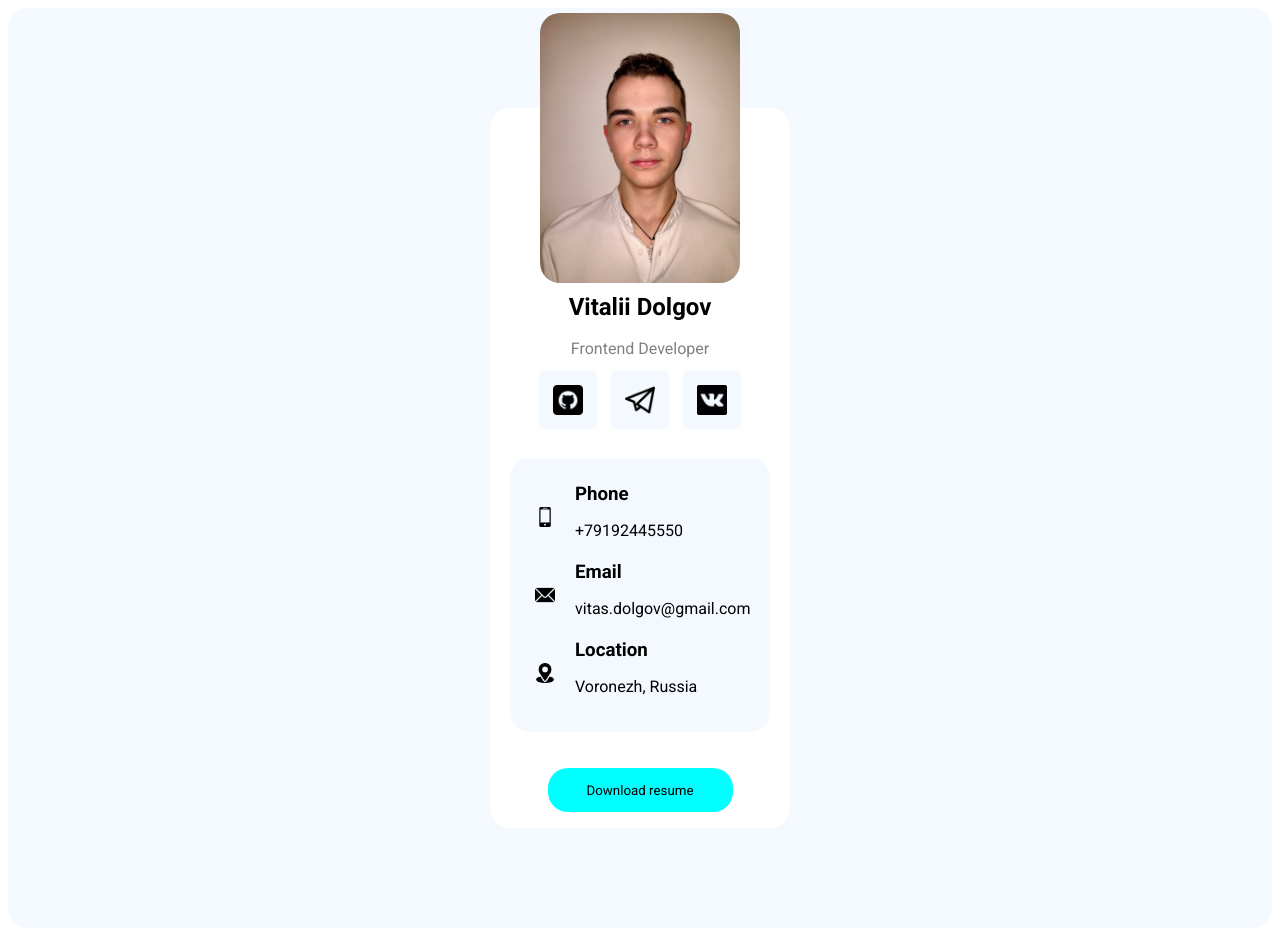
Repository: VitasYo/User_card
Page: src/index.html
These files come from the project's save history. The page is drawn as it stood at one moment and after the next save; the edit follows.
The browser window is 1280 px wide. The pictures show the whole page.

Above is the page before, as saved 2024-04-09 23:54:17.

### src/index.html
<!DOCTYPE html>
<html lang="ru">
  <head>
    <meta charset="UTF-8" />
    <meta name="viewport" content="width=device-width, initial-scale=1.0" />
    <title>First html</title>
    <link rel="stylesheet" href="../assets/css/index.css" />
    <script src="script.js"></script>
  </head>
  <body>
    <section class="container">
      <div class="container_card">
        <img class="avatar" src="../assets/img/Фото.jpg" alt="" />
        <div class="user-info">
          <h1>Vitalii Dolgov</h1>
          <div class="position">Frontend Developer</div>
        </div>
        <div>
          <a href="#"
            ><img class="icon" src="../assets/img/github.png" alt="github"
          /></a>
          <a href="#"
            ><img class="icon" src="../assets/img/telegram.png" alt="telegram"
          /></a>
          <a href="#"
            ><img class="icon" src="../assets/img/vk.png" alt="vk"
          /></a>
        </div>
        <div class="items_card">
          <div class="items_string">
            <img class="card_icon" src="../assets/img/phone.png" />
            <div class="card_info">
              <div><h3>Phone</h3></div>
              <div><p>+79192445550</p></div>
            </div>
          </div>
          <div class="items_string">
            <img class="card_icon" src="../assets/img/email.png" />
            <div class="card_info">
              <div><h3>Email</h3></div>
              <div><p>vitas.dolgov@gmail.com</p></div>
            </div>
          </div>
          <div class="items_string">
            <img class="card_icon" src="../assets/img/location.png" />
            <div class="card_info">
              <div><h3>Location</h3></div>
              <div><p>Voronezh, Russia</p></div>
            </div>
          </div>
        </div>
        <button class="button">Download resume</button>
      </div>
    </section>
  </body>
</html>

### assets/css/index.css
@import url("https://fonts.googleapis.com/css2?family=Roboto:ital,wght@0,100;0,300;0,400;0,500;0,700;0,900;1,100;1,300;1,400;1,500;1,700;1,900&display=swap");
* {
  font-family: "Roboto", sans-serif;
}

.container h1 {
  margin-top: 10px;
  margin-bottom: 0;
}

.container h3 {
  margin-top: 5px;
  margin-bottom: 0;
}

.container {
  display: flex;
  flex-direction: column;
  align-items: center;
  background-color: rgb(243, 249, 255);
  border-radius: 20px;
  height: 920px;
  justify-content: center;
}

.container_card {
  display: flex;
  flex-direction: column;
  align-items: center;
  background-color: white;
  border-radius: 20px;
  width: 300px;
}

.position {
  color: gray;
  margin-top: 8px;
}

.avatar {
  margin-top: -95px;
  width: 200px;
  height: 270px;
  border-radius: 20px;
}

.user-info {
  margin-bottom: 8px;
  display: flex;
  flex-direction: column;
  align-items: center;
  gap: 10px;
}

.icon {
  width: 30px;
  height: 30px;
  padding: 15px;
  background-color: rgb(243, 249, 255);
  border-radius: 8.27px;
  margin: 4px;
}

.items_card {
  background-color: rgb(243, 249, 255);
  border-radius: 20px;
  width: 260px;
  padding: 20px 0;
  margin: 20px 0;
}

.items_string {
  justify-content: center;
  align-items: center;
  display: flex;
  border-bottom: 1px;
  border-width: 1px;
}

.card_icon {
  width: 20px;
  height: 20px;
  padding: 10px;
}

.card_info {
  margin-left: 10px;
  font-size: 16px;
  width: 180px;
}

.button {
  margin: 16px 0;
  background-color: aqua;
  border-radius: 20px;
  border-width: 0;
  width: 185px;
  height: 44px;
  cursor: pointer;
}

Loaded but not shown: src/script.js (no stored copy; drawn as an empty file)

After the next save:
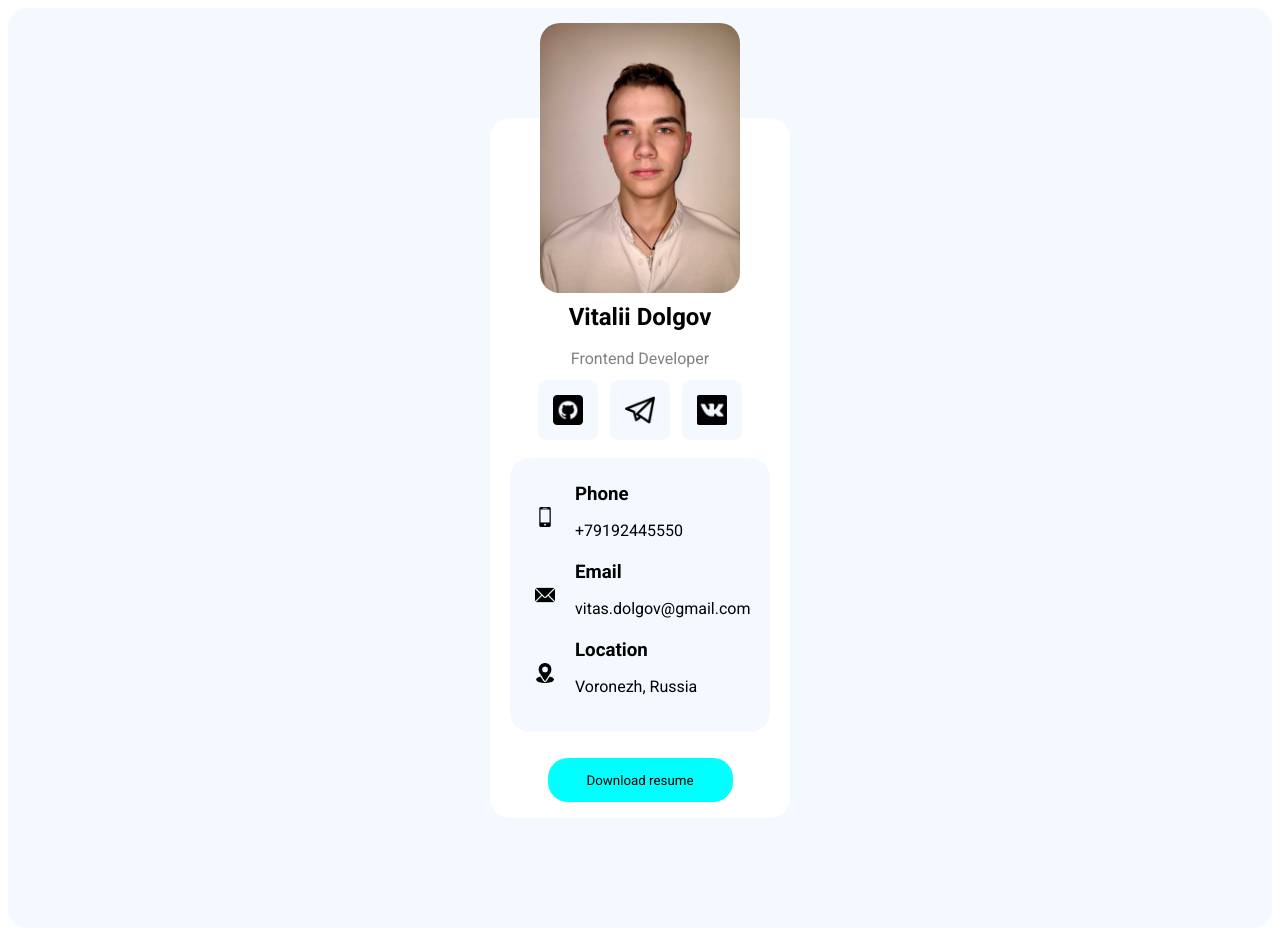
Saved 9 s later.
--- a/assets/css/index.css
+++ b/assets/css/index.css
@@ -66,7 +66,7 @@
   border-radius: 20px;
   width: 260px;
   padding: 20px 0;
-  margin: 20px 0;
+  margin: 10px 0;
 }
 
 .items_string {
